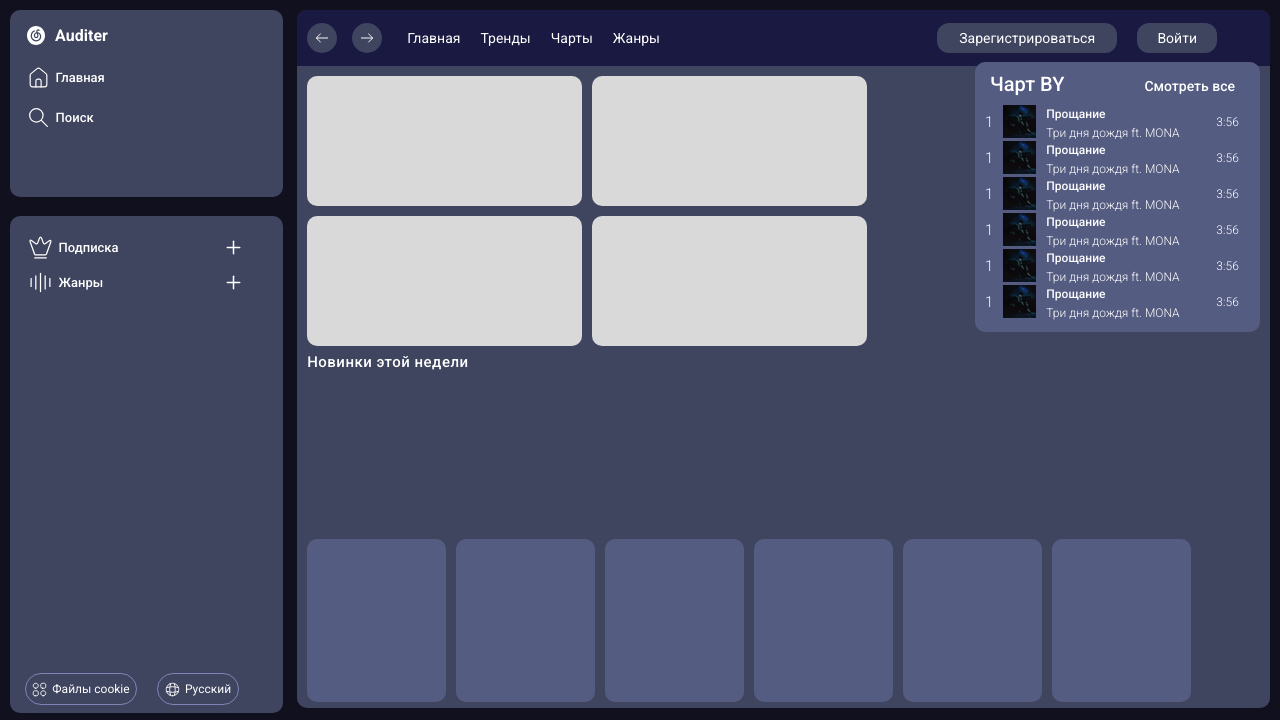
Repository: MaksimKrupkin/music_app
Page: /
The author's editor kept a copy of each file at every save. The page is drawn from the files as they stood at one save, then again after a run of saves.
The browser window is 1280 px wide. The pictures show the whole page.
The project was rebuilt for these pictures with package versions that can differ from the ones it lists, and the page was loaded fresh each time. Also part of the build but not shown: vite.config.ts.

Above is the page before, as saved 2024-02-22 22:38:02.

After the next 2 saves:
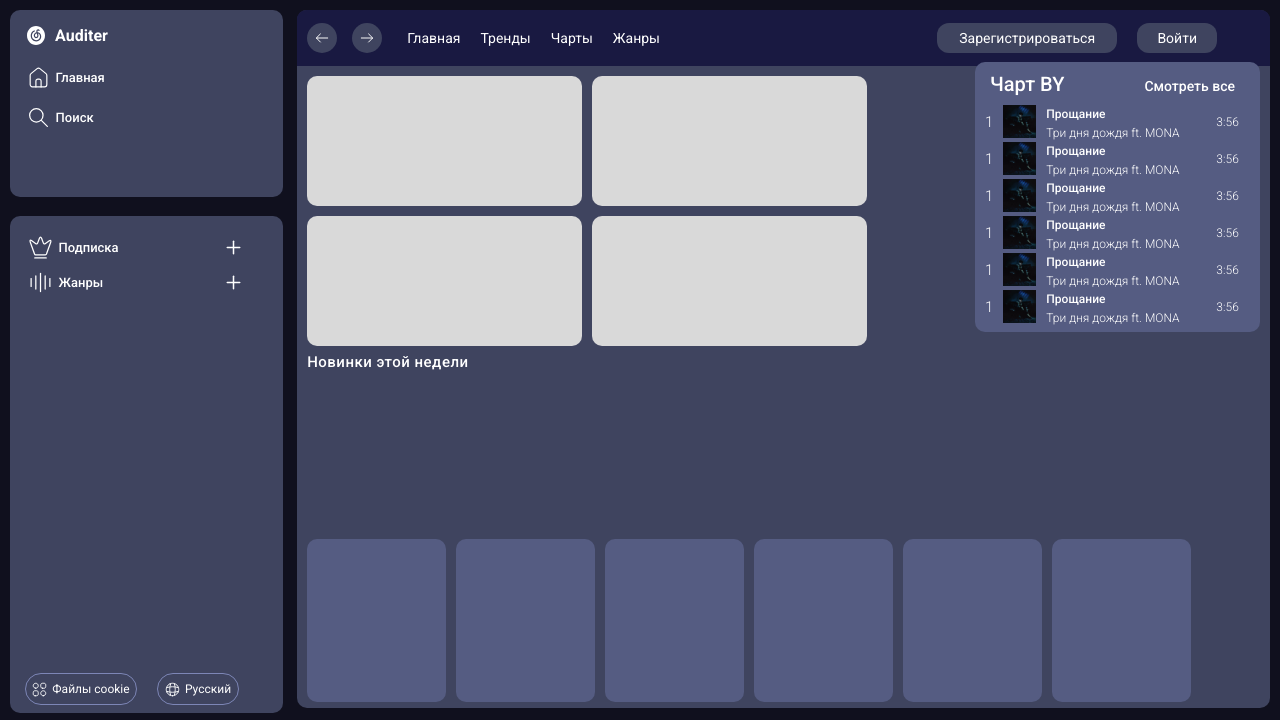
The 2 saves are shown as one change because they came seconds apart.
The last was saved 16 s later.
--- a/src/Components/MainScreen/Charts/Charts.module.scss
+++ b/src/Components/MainScreen/Charts/Charts.module.scss
@@ -27,7 +27,7 @@
     box-sizing: border-box;
     width: 100%;
     height: 33px;
-    margin-bottom: 3px;
+    margin-bottom: 4px;
     padding-bottom: 2px;
     display: flex;
     align-items: center;
